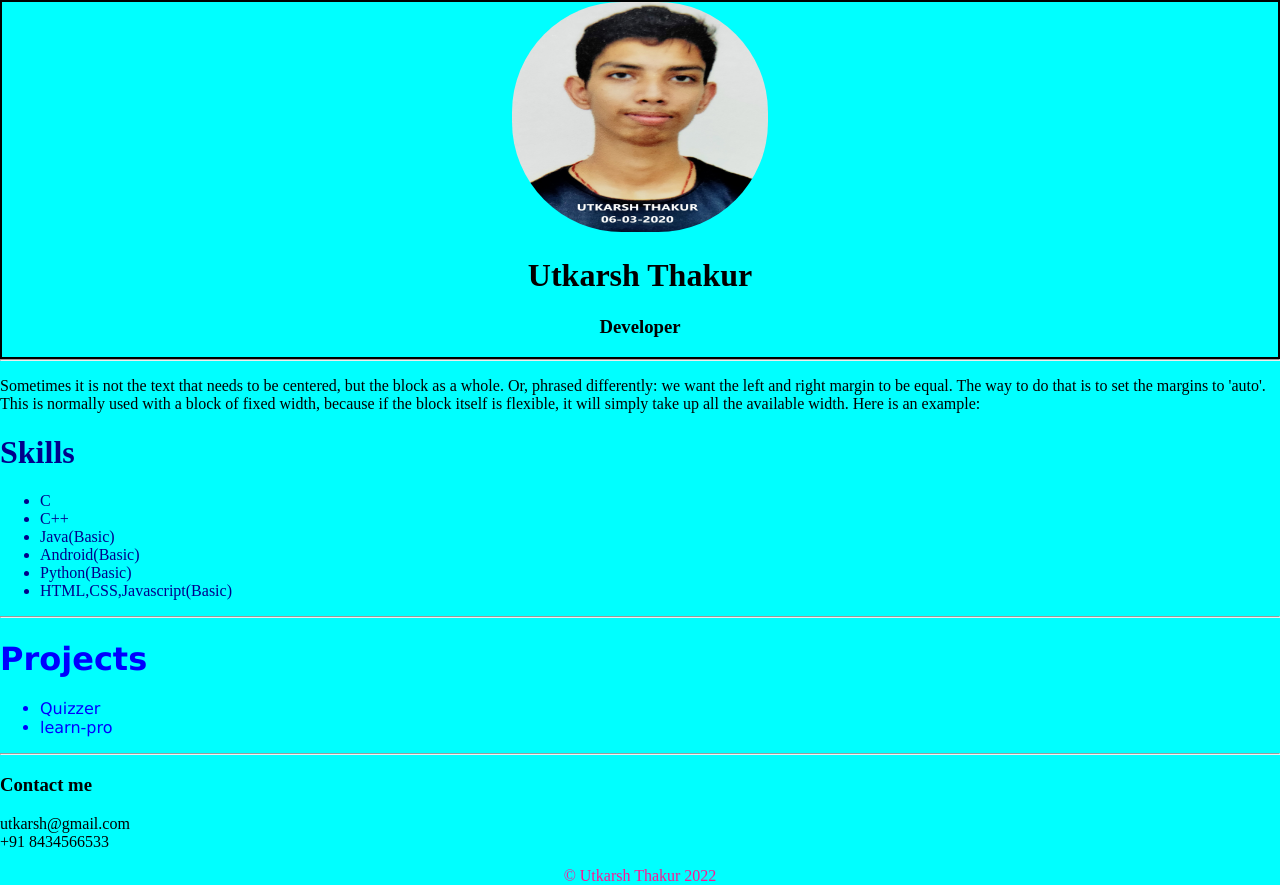
Repository: UtkarshThakur321/Utkarsh-Thakur-Profile
Page: index.html
These files come from the project's save history. The page is drawn as it stood at one moment and after the next save; the edit follows.
The browser window is 1280 px wide. The pictures show the whole page.

Above is the page before, as saved 2022-01-18 22:21:14.
Not found: main.js

### index.html
<!DOCTYPE html>
<html>
<head>
    <meta charset='utf-8'>
    <meta http-equiv='X-UA-Compatible' content='IE=edge'>
    <title>Page Title</title>
    <meta name='viewport' content='width=device-width, initial-scale=1'>
    <link rel='stylesheet' type='text/css' media='screen' href="index.css">
    <script src='main.js'></script>
</head>
<body>
    <div id="main">
    <!-- <div id="nav">
        <h1>My Resume</h1>
    </div> -->
    <center>
        <div id="intro">
            <div id="profileImage">
                 <img src="main3.jpg" alt="DP_Utkarsh__Thakur"
                 width="180" height="170">
            </div>
            <div id="profileName">
                <h1>Utkarsh Thakur</h1>
                <h3>Developer</h3>
            </div>

            <div>


             </div>
        </div>
    </center>

    <hr>

  <div id="aboutMe">
    <p>
        Sometimes it is not the text that needs to be centered, but the block as a whole. Or, phrased differently: we want the left and right margin to be equal. The way to do that is to set the margins to 'auto'. This is normally used with a block of fixed width, because if the block itself is flexible, it will simply take up all the available width. Here is an example:
    </p>
  </div>

    <div id="skills">
        <h1>Skills</h1>
        <ul>
            <li>C</li>
            <li>C++</li>
            <li>Java(Basic)</li>
            <li>Android(Basic)</li>
            <li>Python(Basic)</li>
            <li>HTML,CSS,Javascript(Basic)</li>
        </ul>
    </div>

    <hr>
    <div id="projects">
        <h1>Projects</h1>
        <ul>
            <li>Quizzer</li>
            <li>learn-pro</li>
        </ul>
    </div>
    <hr>

    <div id="footer">
        <h3>Contact me</h3>
        <p>
            utkarsh@gmail.com<br>
            +91 8434566533

        </p>
            <div id="copyright">
         &copy; Utkarsh Thakur 2022
            </div>
        </div>
    </div>



</body>
</html>

### index.css
body{
    width:100%;
    margin:0px;
    background-color:aqua

}
#intro{
    border:2px solid black;

}

#profileImage>img{
    height:230px;
    width:20%;
    border-radius: 110px;
}

.intro{
    color:brown;

}

#image{
    width:50%;
}

hr{
    margin:0px;
}

#nav{
    height:50px;
    display:content;
    text-align: center;
    font-weight: 900;
    color:black;}
    /* text-align: center;
    font-family: Verdana, Geneva, Tahoma, sans-serif;
} */

#skills{
    color:darkblue;
    font-weight: 400;

}

#projects{
    font-family: Verdana, Geneva, Tahoma, sans-serif;
    color:blue;
}


/* #footer{
    text-align: center;
} */
#copyright{
    text-align: center;
    color:deeppink
}

After the next save:
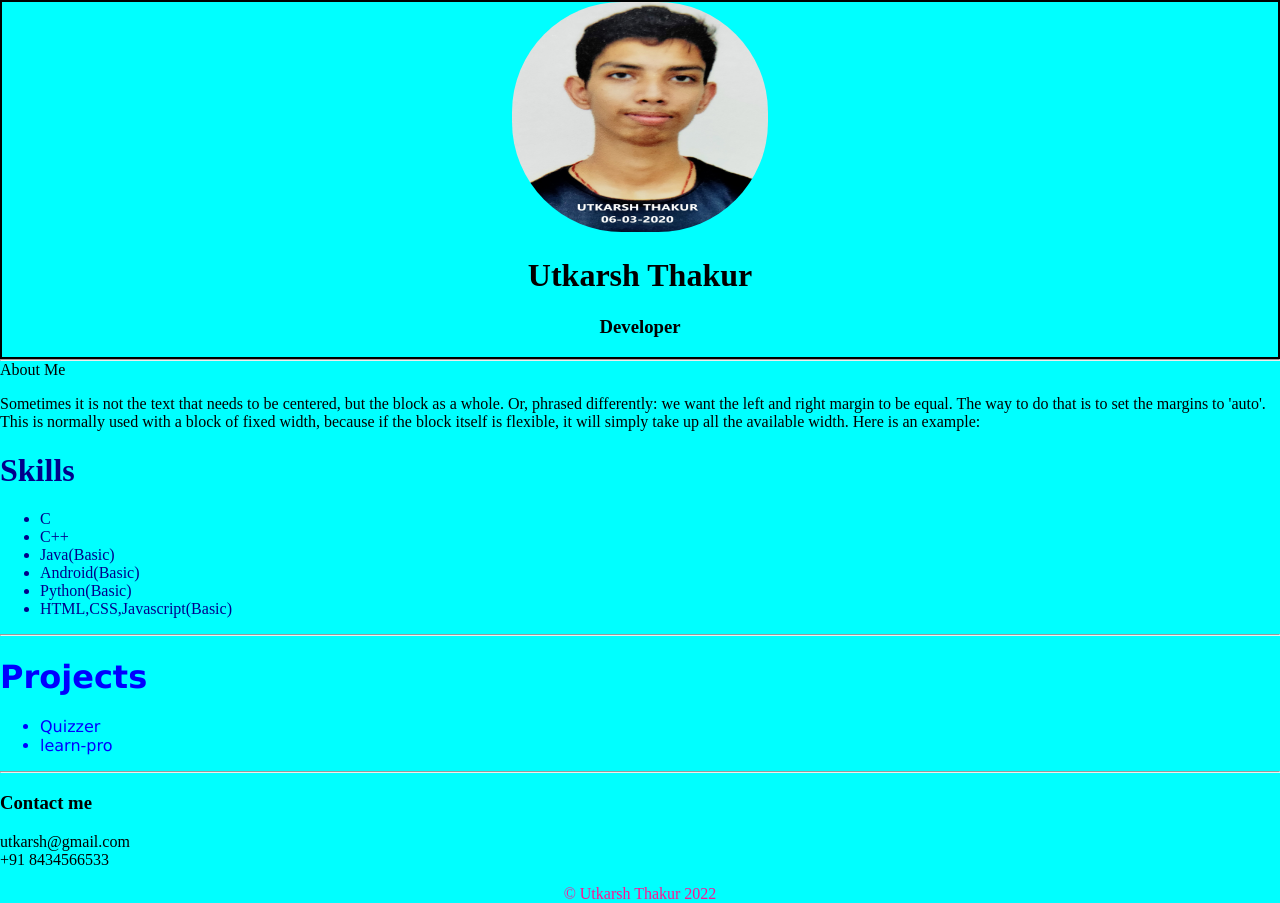
Saved 100 s later.
--- a/index.html
+++ b/index.html
@@ -34,9 +34,14 @@
     <hr>
 
   <div id="aboutMe">
-    <p>
-        Sometimes it is not the text that needs to be centered, but the block as a whole. Or, phrased differently: we want the left and right margin to be equal. The way to do that is to set the margins to 'auto'. This is normally used with a block of fixed width, because if the block itself is flexible, it will simply take up all the available width. Here is an example:
-    </p>
+    <div id="aboutMeHeading">
+        About Me
+    </div>
+    <div id="aboutMeContent">
+        <p>
+            Sometimes it is not the text that needs to be centered, but the block as a whole. Or, phrased differently: we want the left and right margin to be equal. The way to do that is to set the margins to 'auto'. This is normally used with a block of fixed width, because if the block itself is flexible, it will simply take up all the available width. Here is an example:
+        </p>
+    </div>
   </div>
 
     <div id="skills">
